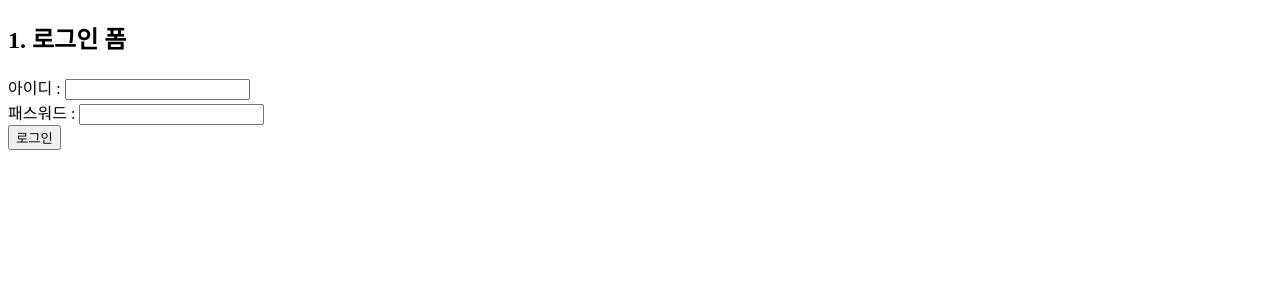
Repository: taein0714/jsp202408
Page: http://localhost/Proj0822/ex0102/ResponseMain.jsp
These files come from the project's save history. The page is drawn as it stood at one moment and after the next save; the edit follows.
The browser window is 1280 px wide. The pictures show the whole page.
The page is served by Tomcat 9.

Above is the page before, as saved 2024-08-22 06:04:40.

### ex0822/Proj0822/src/main/webapp/ex0102/ResponseMain.jsp
<%@ page language="java" contentType="text/html; charset=UTF-8"
    pageEncoding="UTF-8"%>
<!DOCTYPE html>
<html>
<head>
<meta charset="UTF-8">
<title>내장 객체 - response</title>
</head>
<body>
<h2>1. 로그인 폼</h2>
<%
String loginErr = request.getParameter("loginErr");
if (loginErr != null) out.print("로그인 실패");
%>

<form action="./ResponseLogin,jsp" method="post">
아이디 : <input type="text" name="user_id" /><br />
패스워드 : <input type="text" name="user_pwd" /><br />
<input type="submit" value="로그인" />
</form>

</body>
</html>

After the next save:
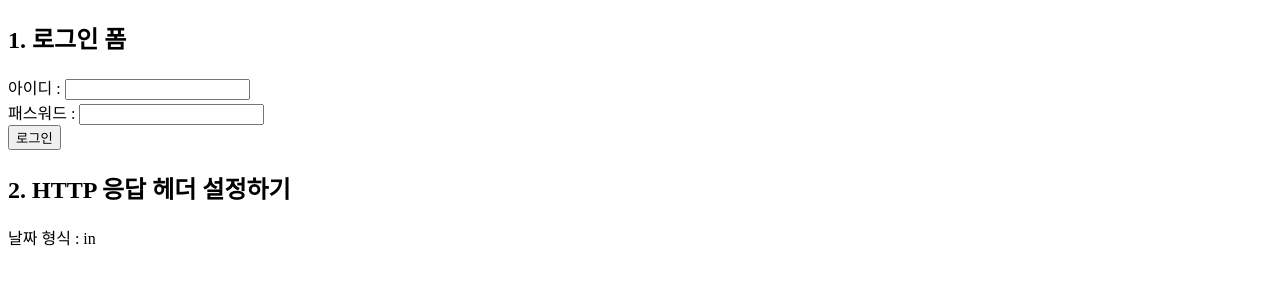
Saved 76 s later.
--- a/ex0822/Proj0822/src/main/webapp/ex0102/ResponseMain.jsp
+++ b/ex0822/Proj0822/src/main/webapp/ex0102/ResponseMain.jsp
@@ -19,5 +19,8 @@ if (loginErr != null) out.print("로그인 실패");
 <input type="submit" value="로그인" />
 </form>
 
+<h2>2. HTTP 응답 헤더 설정하기</h2>
+<form action="./ResponseHeader.jsp" method="get">
+날짜 형식 : in<%!  %></a></form>
 </body>
 </html>
